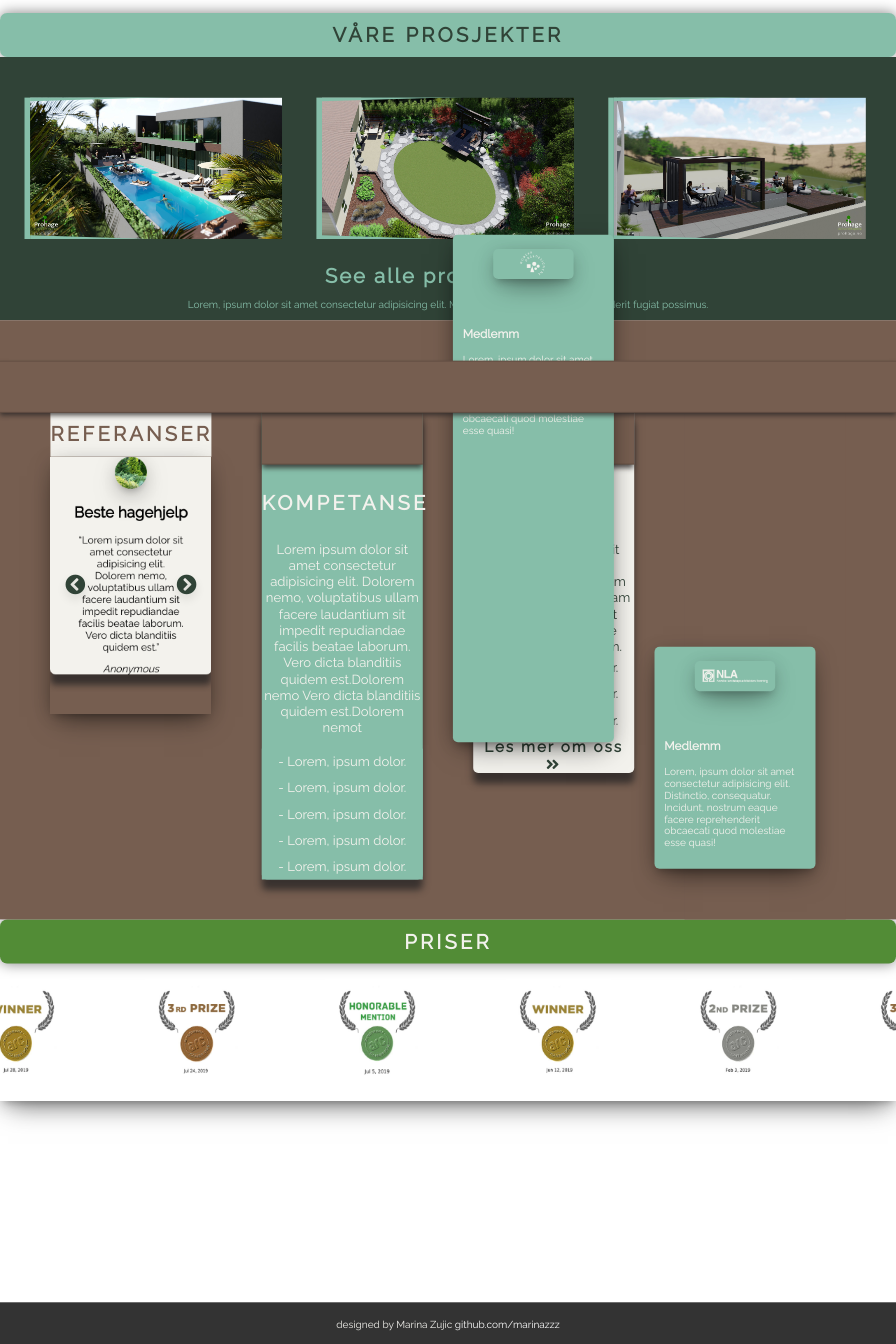
Repository: marinazzz/garden-design-website
Page: index.html
The author's editor kept a copy of each file at every save. The page is drawn from the files as they stood at one save, then again after the next save.
The browser window is 1280 px wide. The pictures show the part of the page from y = 1569 to 3489 px (the page is 3489 px tall before and 3415 px after), at 70% of full size.

Above is the page before, as saved 2020-04-10 15:58:00.

### index.html
<!DOCTYPE html>
<html lang="nb">

<head>
  <title>Hagedesign Oslo</title>
  <link rel="stylesheet"
        type="text/css"
        href="CSS/fontawesome-free-5.12.1-web/css/all.min.css">
  <link rel="stylesheet"
        type="text/css"
        href="CSS/style.css" />
  <link rel="stylesheet"
        type="text/css"
        href="CSS/min-width-768px.css">
  <link rel="stylesheet"
        type="text/css"
        href="CSS/min-width-992px.css">
  <link rel="stylesheet"
        type="text/css"
        href="PLUGINS/glide-master/dist/css/glide.core.min.css" />
  <link rel="stylesheet"
        type="text/css"
        href="PLUGINS/glide-master/dist/css/glide.theme.min.css" />
  <link href="https://fonts.googleapis.com/css?family=Raleway&display=swap"
        rel="stylesheet">
  <meta name="viewport"
        content="width=device-width, initial-scale=1"
        charset="UTF-8">
</head>

<body>
  <header>
      <div class="container__menu--small">
        <!--grid container-->
        <div class="container__logo">
          <!--1.column-->
          <img class="logo"
               src="images/BD-hagedesign-500px.png"
               alt="BD hagedseign logo">
        </div>
        <div class="container__items--small container__items">
          <!--2.column-->
          <div class="container__item">
            <!--1.row-->
            <a href="mailto:info@prohage.no"
               class="container__item-txt"><i class="far fa-envelope"></i>info@prohage.no</a>
            <a href="tlf:45511111"
               class="container__item-txt"><i class="fas fa-phone"></i>45511111</a>
          </div>
          <div class="container__item-bottom">
            <!--2.row-->
            <button class="menu__toggle">
              <i class="fas fa-bars"></i>
            </button>
            <nav id="menu">
              <ul class="menu__list">
                <li class="menu__item">
                  <a class="menu__link"
                     href="home">Home</a>
                </li>
                <li class="menu__item">
                  <a class="menu__link"
                     href="#services">Våre tjenester</a>
                </li>
                <li class="menu__item">
                  <a class="menu__link"
                     href="#gallery">Galleri</a>
                </li>
                <li class="menu__item">
                  <a class="menu__link"
                     href="#about">Om oss</a>
                </li>
                <li class="menu__item">
                  <a class="menu__link"
                     href="#blog">Blogg</a>
                </li>
                <li class="menu__item">
                  <a class="menu__link"
                     href="kontakt">Kontakt</a>
                </li>
              </ul>
            </nav>
          </div>
        </div>
      </div>
    <section id="main-photo">
      <div class="glide">
        <div class="glide__track"
             data-glide-el="track">
          <ul class="glide__slides">
            <li class="glide__slide">
              <img class="main-photo__item"
                   srcset="images/daylight-environment-garden-2000.jpg 2000w,
                                         images/daylight-environment-garden-1000.jpg 1000w"
                   sizes="(min-width: 1440px) 2000px, 100vw"
                   src="images/daylight-environment-garden-2000.jpg"
                   alt="Garden and plants" />
              <h1 class="main-photo__title">Profesjonell hagehjelp</h1>
            </li>
            <li class="glide__slide">
              <img class="main-photo__item"
                   srcset="images/main-header-photo-2000.jpg 2000w,
                                          images/main-header-photo-1000.jpg 1000w"
                   sizes="(min-width: 1440px) 2000px, 100vw"
                   src="images/main-header-photo-2000.jpg"
                   alt="Garden and plants" />
              <h1 class="main-photo__title">Ta kontakt allerede idag</h1>
            </li>
            <li class="glide__slide">
              <img class="main-photo__item"
                   srcset="images/header-photo-2000.jpg 2000w,
                                         images/header-photo-1000.jpg 1000w"
                   sizes="(min-width: 1440px) 2000px, 100vw"
                   src="images/header-photo-2000.jpg"
                   alt="Garden designed by proffesional" />
              <h1 class="main-photo__title">Rådgiving og tipser</h1>
            </li>
            <li class="glide__slide">
              <img class="main-photo__item"
                   srcset="images/bloom-blooming-blur-2000.jpg 2000w,
                                         images/bloom-blooming-blur-1000.jpg 1000w"
                   sizes="(min-width: 1440px) 2000px, 100vw"
                   src="images/bloom-blooming-blur-2000.jpg"
                   alt="Garden designed by proffesional" />
              <h1 class="main-photo__title">Følg vår hageblogg</h1>
            </li>
          </ul>
        </div>
      </div>
    </section>
  </header>
  <main>
    <section id="section__services"
             class="section__container">
      <h1 class="services__title sections__title">Tjenester</h1>
      <div class="container">
        <section class="services__item">
          <div class="item-title__wrapp">
            <i class="fas fa-circle"></i>
            <h2 class="services__item-title">Hagedesign</h2>
          </div>
          <p class="services__txt">Lorem ipsum dolor sit amet consectetur adipisicing elit. Reiciendis, laboriosam.ipsum
            ex aperiam dolores corporis iusto!</p>
          <div class="services__photo__wrapp">
            <img class="services__photo"
                 src="images/Hagedesign.jpg"
                 alt="Hagedesigner tegner" />
            <button class="primary__button services__button">les mer</button>
          </div>
        </section>
        <section class="services__item">
          <div class="item-title__wrapp">
            <i class="fas fa-circle"></i>
            <h2 class="services__item-title">Hagekonsultasjon</h2>
          </div>
          <p class="services__txt">Lorem ipsum dolor sit amet consectetur adipisicing elit. Reiciendis, laboriosam.ipsum
            ex aperiam dolores corporis iusto!</p>
          <div class="services__photo__wrapp">
            <img class="services__photo"
                 src="images/konsultasjon.jpg"
                 alt="Hagekonsultasjon med hagedesigner" />
            <button class="primary__button services__button">les mer</button>
          </div>
        </section>
        <section class="services__item">
          <div class="item-title__wrapp">
            <i class="fas fa-circle"></i>
            <h2 class="services__item-title">Hageskise</h2>
          </div>
          <p class="services__txt">Lorem ipsum dolor sit amet consectetur adipisicing elit. Reiciendis, laboriosam.ipsum
            ex aperiam dolores corporis iusto!</p>
          <div class="services__photo__wrapp">
            <img class="services__photo"
                 src="images/skisse.jpg"
                 alt="Hagedesigner hjelp" />
            <button class="primary__button services__button">les mer</button>
          </div>
        </section>
      </div>
    </section>
    <section id="section__gallery"
             class="section__container">
      <h1 class="gallery__title sections__title">Våre prosjekter</h1>
      <div class="container gallery__wrapp">
        <div class="container gallery__items">
          <div class="gallery__item-wrapp">
            <img class="gallery__item"
                 srcset="images/gallery-photo1-2000.jpg 2000w,
                                     images/gallery-photo1-1000.jpg 1000w"
                 sizes="(min-width: 1440px) 2000px, 100vw"
                 src="images/gallery-photo1-2000.jpg"
                 alt="Hagedesign terrase" />
          </div>
          <div class="gallery__item-wrapp gallery__item-wrapp">
            <img class="gallery__item"
                 srcset="images/gallery-photo2-2000.jpg 2000w,
                                     images/gallery-photo2-1000.jpg 1000w"
                 sizes="(min-width: 1440px) 2000px, 100vw"
                 src="images/gallery-photo2-2000.jpg"
                 alt="Hagedesign terrase" />
          </div>
          <div class="gallery__item-wrapp">
            <img class="gallery__item"
                 srcset="images/gallery-photo3-2000.jpg 2000w,
                                     images/gallery-photo3-1000.jpg 1000w"
                             sizes="(min-width: 1440px) 2000px, 100vw"
                             src="images/gallery-photo3-2000.jpg" alt="Hagedesign terrase" />
                    </div>
                </div>
                <div class="gallery__txt-wrapp">
                    <h2 class="gallery__item-title services__item-title">See alle prosjekter
                        <i class="fas fa-angle-double-right"></i>
                    </h2>
                    <p class="gallery__txt">Lorem, ipsum dolor sit amet consectetur adipisicing elit. Magni neque, ut incidunt reprehenderit fugiat possimus.</p>
                </div>
            </div>
        </section>

        <div class="section__reviews__container">
          <div class="reviews__bg section__container">
            <div class="section__review__top"></div>
              <section id="section__reviews" class="review__wrapp">
                <div class="glide__wrapp">
                  <h1 class="section__review__title">Referanser</h1>
                  <div class="glide">
                    <div class="glide__track" data-glide-el="track">
                      <ul class="glide__slides">
                        <li class="glide__slide glide__slide--active">
                          <div class="review__items">
                                    <img class="review__photo"
                                     src="images/review-picture1.jpg" alt="Hagedesign terrase" />
                                    <h2 class="review__title">Beste hagehjelp</h2>
                                    <blockquote>
                                        <p class="review__txt">Lorem ipsum dolor sit amet consectetur adipisicing elit.
                                           Dolorem nemo, voluptatibus ullam facere laudantium sit impedit repudiandae facilis beatae laborum.
                                           Vero dicta blanditiis quidem est.</p>
                                         <footer class="review__author">Anonymous</footer>
                                    </blockquote>
                                </div>
                            </li>
                            <li class="glide__slide glide__slide--active">
                                <div class="review__items">
                                    <img class="review__photo"
                                     src="images/review-picture2.jpg" alt="Hagedesign terrase" />
                                    <h2 class="review__title">Tussen takk</h2>
                                    <blockquote>
                                        <p class="review__txt">Lorem ipsum dolor sit amet consectetur adipisicing elit.
                                           Dolorem nemo, voluptatibus ullam facere laudantium sit impedit repudiandae facilis beatae laborum.
                                           Vero dicta blanditiis quidem est.</p>
                                         <footer class="review__author">Anonymous</footer>
                                    </blockquote>
                                </div>
                            </li>
                            <li class="glide__slide glide__slide--active">
                                <div class="review__items">
                                    <img class="review__photo"
                                     src="images/review-picture3.jpg" alt="Hagedesign terrase" />
                                    <h2 class="review__title">Anbefaler</h2>
                                    <blockquote>
                                        <p class="review__txt">Lorem ipsum dolor sit amet consectetur adipisicing elit.
                                           Dolorem nemo, voluptatibus ullam facere laudantium sit impedit repudiandae facilis beatae laborum.
                                           Vero dicta blanditiis quidem est.</p>
                                         <footer class="review__author">Anonymous</footer>
                                    </blockquote>
                                </div>
                            </li>
                          </ul>
                        </div>
                        <div class="glide__arrows"
                                 data-glide-el="controls">
                                <button class="glide__arrow glide__arrow--left"
                                        data-glide-dir="<">
                                    <i class="fas fa-chevron-circle-left"></i>
                                </button>
                                <button class="glide__arrow glide__arrow--right"
                                        data-glide-dir=">">
                                    <i class="fas fa-chevron-circle-right"></i>
                                </button>
                            </div>
                     </div>
                  </div>
              </section>
              <section id="section__about" class="review__wrapp">
                <div class="review__items">
                  <div class="section__review__top"></div>
                   <div class="section__review__elements">
                    <h1 class="section__review__title">Kompetanse</h1>
                        <p class="about__txt">Lorem ipsum dolor sit amet consectetur adipisicing elit.
                          Dolorem nemo, voluptatibus ullam facere laudantium sit impedit repudiandae facilis beatae laborum.
                          Vero dicta blanditiis quidem est.Dolorem nemo Vero dicta blanditiis quidem est.Dolorem nemot</p>
                            <ul class="about__list">
                                <li class="about__list__item">
                                    <a class="item__link" href="#om-oss">Lorem, ipsum dolor.</a>
                                </li>
                                <li class="about__list__item">
                                    <a class="item__link" href="#om-oss">Lorem, ipsum dolor.</a>
                                </li>
                                <li class="about__list__item">
                                    <a class="item__link" href="#om-oss">Lorem, ipsum dolor.</a>
                                </li>
                                <li class="about__list__item">
                                    <a class="item__link" href="#om-oss">Lorem, ipsum dolor.</a>
                                </li>
                                <li class="about__list__item">
                                    <a class="item__link" href="#om-oss">Lorem, ipsum dolor.</a>
                                </li>
                            </ul>
                   </div>
                  </div>
              </section>
              <section id="section__experience" class="review__wrapp">
                <div class="review__items">
                 <div class="section__review__top"></div>
                  <h1 class="section__review__title">Erfaring</h1>
                      <p class="experience__txt">Lorem ipsum dolor sit amet consectetur adipisicing elit.
                          Dolorem nemo, voluptatibus ullam facere laudantium sit impedit repudiandae facilis beatae laborum.
                      </p>
                      <ul class="experience__list about__list">
                          <li class="experience__list__item">
                              <a class="experience__link" href="#om-oss">Lorem, ipsum dolor.</a>
                          </li>
                          <li class="experience__list__item">
                              <a class="experience__link" href="#om-oss">Lorem, ipsum dolor.</a>
                          </li>
                          <li class="experience__list__item">
                              <a class="experience__link" href="#om-oss">Lorem, ipsum dolor.</a>
                          </li>
                      </ul>
                          <h2 class="gallery__item-title services__item-title">
                              <a href="" class="experience__link">Les mer om oss</a>
                              <i class="fas fa-angle-double-right"></i>
                          </h2>
                  </div>
              </section>
              <section class="section__member">
                  <div class="section__member__wrapp">
                    <div class="member__photo">
                      <img class="member__photo__el"
                           src="images/NLA-medlem-png.png" alt="" />
                    </div>
                    <div class="member__items">
                      <h3>Medlemm</h3>
                      <p>Lorem, ipsum dolor sit amet consectetur adipisicing elit. Distinctio, consequatur. Incidunt, nostrum eaque facere reprehenderit obcaecati quod molestiae esse quasi!</p>
                    </div>
                  </div>
                  <div class="section__member__wrapp">
                    <div class="member__photo">
                      <img class="member__photo__el"
                           src="images/Norske-hagedesignere-medlem-png.png" alt="" />
                    </div>
                    <div class="member__items">
                      <h3>Medlemm</h3>
                      <p>Lorem, ipsum dolor sit amet consectetur adipisicing elit. Distinctio, consequatur. Incidunt, nostrum eaque facere reprehenderit obcaecati quod molestiae esse quasi!</p>
                    </div>
                  </div>
               </section>
            </div>
        </div>
        <section id="section__awards">
      <h1 class="sections__title services__title">Priser</h1>
          <div class="glide">
            <div class="glide__track" data-glide-el="track">
              <ul class="glide__slides">
                <li class="glide__slide">
                  <img class="section__awards__photo" src="images/awards/1st-2019-award.jpg" alt="" />
                </li>
                <li class="glide__slide">
                  <img class="section__awards__photo" src="images/awards/3rd-prize-2019.jpg" alt="" />
                </li>
                <li class="glide__slide">
                  <img class="section__awards__photo" src="images/awards/HM-2019.jpg" alt="" />
                </li>
                <li class="glide__slide">
                  <img class="section__awards__photo" src="images/awards/1st-2019.jpg" alt="" />
                </li>
                <li class="glide__slide">
                  <img class="section__awards__photo" src="images/awards/2nd-prize-2019.jpg" alt="" />
                </li>
                <li class="glide__slide">
                  <img class="section__awards__photo" src="images/awards/3rd-prize-2016.jpg" alt="" />
                </li>
                <li class="glide__slide">
                  <img class="section__awards__photo" src="images/awards/HM-2016.jpg" alt="" />
                </li>
                <li class="glide__slide">
                  <img class="section__awards__photo" src="images/awards/2nd-prize-2016.jpg" alt="" />
                </li>
                <li class="glide__slide">
                  <img class="section__awards__photo" src="images/awards/3rd-prize-2015.jpg" alt="" />
                </li>
                <li class="glide__slide">
                  <img class="section__awards__photo" src="images/awards/HM-2015.jpg" alt="" />
                </li>
                <li class="glide__slide">
                  <img class="section__awards__photo" src="images/awards/HM-2015-sep.jpg" alt="" />
                </li>
                <li class="glide__slide">
                  <img class="section__awards__photo" src="images/awards/HM-2015-juli.jpg" alt="" />
                </li>
                <li class="glide__slide">
                  <img class="section__awards__photo" src="images/awards/2nd-prize-2015.jpg" alt="" />
                </li>
              </ul>
            </div>
          </div>
        </section>
     </main>
     <footer class="footer__main">
	     <p>designed by Marina Zujic
		     <a href="https://github.com/marinazzz">github.com/marinazzz</a>
	     </p>
     </footer>
     <script src="PLUGINS/glide-master/dist/glide.min.js"></script>
     <script src="JS/js-app.js"></script>
</body>

</html>

### CSS/min-width-992px.css
@media screen and (min-width: 992px) {
    html {
        font-size: 90%;
    }

   /* HEADER */

    .logo {
        max-height: 9rem;
    }

    .container__items {
        width: auto;
    }

    .container__item {
        padding-left: 22rem;;
    }

    .container__item-bottom,
    .container__items {
        padding: 0;
    }

    #menu {
        padding-left: 10rem;
    }

    /* SECTIONS */

    .section__container {
        max-width: 2000px;
        margin: 0 auto;
    }

    /* SECTIONS SERVICES*/

    .services__photo__wrapp > button {
        bottom: -15%;
    }

    /*SECTION GALLERY*/

    .gallery__wrapp {
        justify-content: space-around;
    }

    .services__wrapp {
        padding: 0;
    }

}

@media screen and (min-width: 1440px) {

    /* HEADER */
    .container__menu {
        max-width: 1500px;
        margin: 0 auto;
    }

    .container__item {
        padding-left: 47rem;;
    }

    #menu {
        padding-left: 30rem;
    }


    /* MAIN PHOTO */

    .main-photo__title {
        font-size: 3rem;
        letter-spacing: 0.5rem;
    }
}

@media screen and (min-width: 2560px) {
    html {
        font-size: 100%;
    }

    .logo {
        max-height: 12rem;
    }

    .container__item {
        justify-self: center;
    }

    .container__item > a:first-of-type {
        padding: 0 13rem;
    }

    .container__item-bottom {
        padding: 0 40rem;
    }

    /*content on middle*/

    .container__menu {
        max-width: 2000px;
    }

    .container__item-bottom,
    .container__items {
        padding: 0;
    }

    #menu,
    .container__item {
        padding-left: 50rem;
    }

}

Loaded but not shown: CSS/fontawesome-free-5.12.1-web/css/all.min.css (library); PLUGINS/glide-master/dist/css/glide.core.min.css (common file); PLUGINS/glide-master/dist/css/glide.theme.min.css (common file); PLUGINS/glide-master/dist/glide.min.js (library); JS/js-app.js (60 lines, source omitted); CSS/style.css (614 lines, source omitted); CSS/min-width-768px.css (272 lines, source omitted)

After the next save:
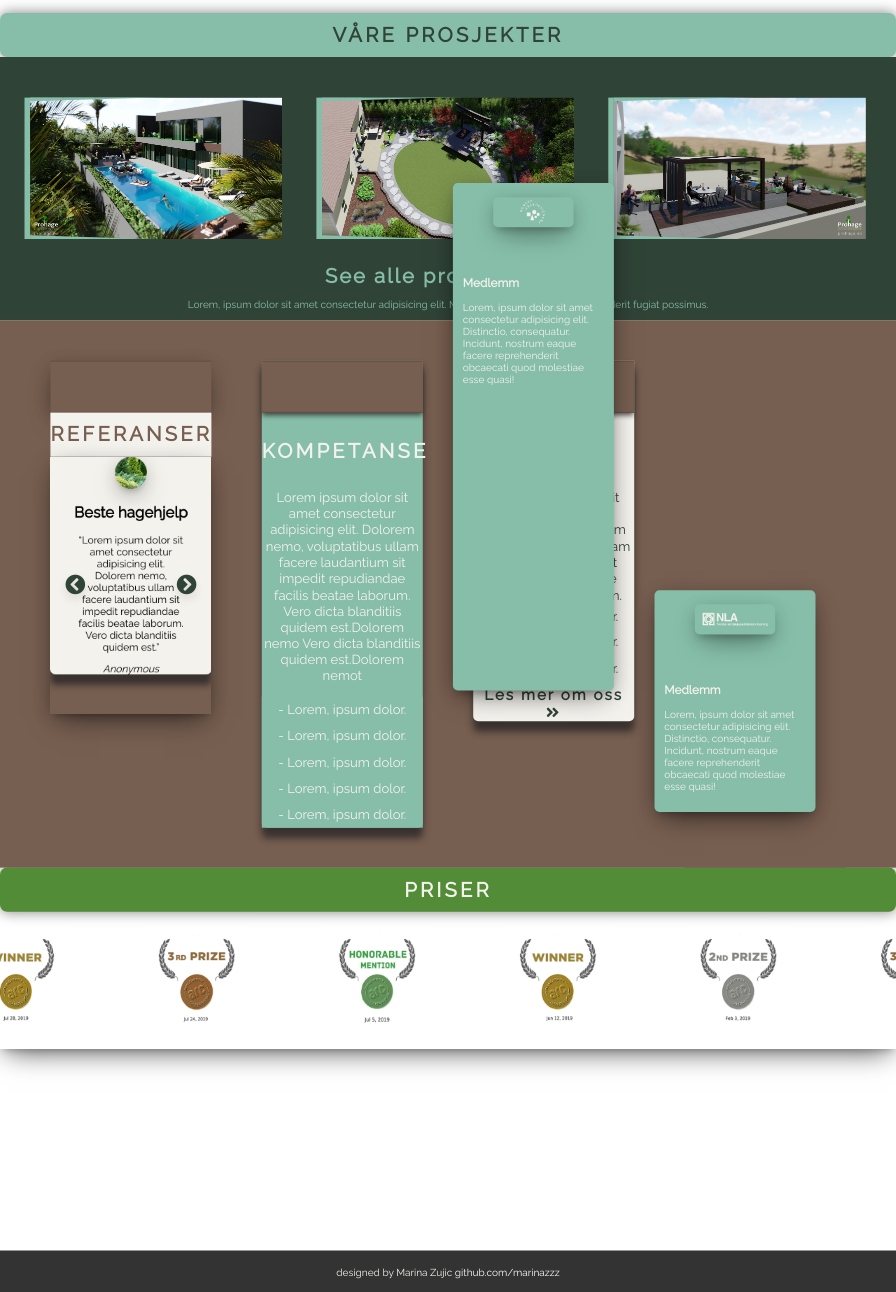
Saved 76 s later.
--- a/index.html
+++ b/index.html
@@ -218,9 +218,9 @@
 
         <div class="section__reviews__container">
           <div class="reviews__bg section__container">
-            <div class="section__review__top"></div>
-              <section id="section__reviews" class="review__wrapp">
-                <div class="glide__wrapp">
+            <section id="section__reviews" class="review__wrapp">
+              <div class="glide__wrapp">
+                <div class="section__review__top"></div>
                   <h1 class="section__review__title">Referanser</h1>
                   <div class="glide">
                     <div class="glide__track" data-glide-el="track">
